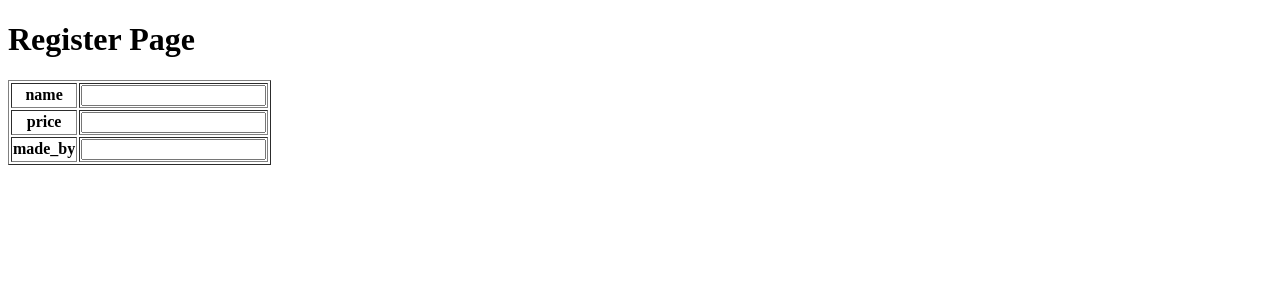
Repository: Dog-voice/king
Page: http://localhost/KING3/product/register.jsp
An editor plug-in stored every save of this project. The page is shown before and after the next save, followed by the edit.
The browser window is 1280 px wide. The pictures show the whole page.
The page is served by Tomcat 9. Other server files are loaded and not shown.

Above is the page before, as saved 2022-08-30 02:57:52.

### 상품등록/KING3/src/main/webapp/product/register.jsp
<%@ page language="java" contentType="text/html; charset=UTF-8"
    pageEncoding="UTF-8"%>
<!DOCTYPE html>
<html>
<head>
<meta charset="UTF-8">
<title>Insert title here</title>
</head>
<body>
<h1>Register Page</h1>
<form action="./insert.pd" method="post">
	<table border="1">
	<tr>
		<th>name</th>
		<td><input type="text" name="pname"></td>
	</tr>
	<tr>
		<th>price</th>
		<td><input type="number" name="price"></td>
	</tr>
	<tr>
		<th>made_by</th>
		<td><input type="text" name="made_by"></td>
	</tr>
	</table>
</form>

</body>
</html>

After the next save:
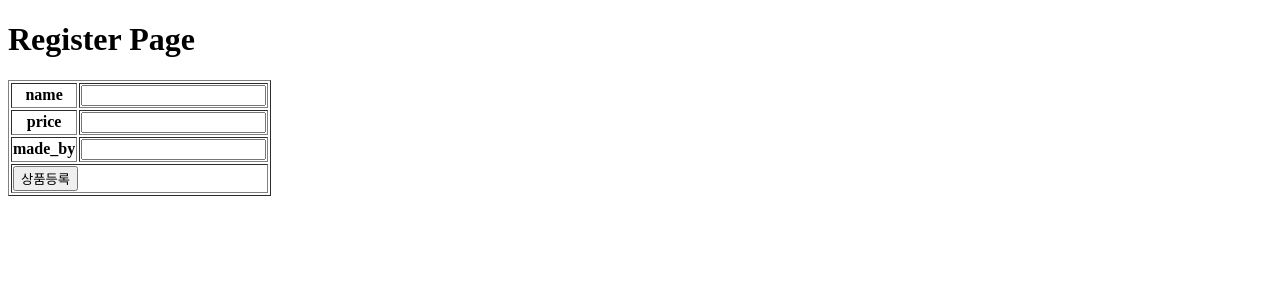
Saved 96 s later.
--- a/상품등록/KING3/src/main/webapp/product/register.jsp
+++ b/상품등록/KING3/src/main/webapp/product/register.jsp
@@ -22,6 +22,11 @@
 		<th>made_by</th>
 		<td><input type="text" name="made_by"></td>
 	</tr>
+	<tr>
+		<td  colspan="2">
+			<button type="submit">상품등록</button>
+		</td>
+	</tr>
 	</table>
 </form>
 
